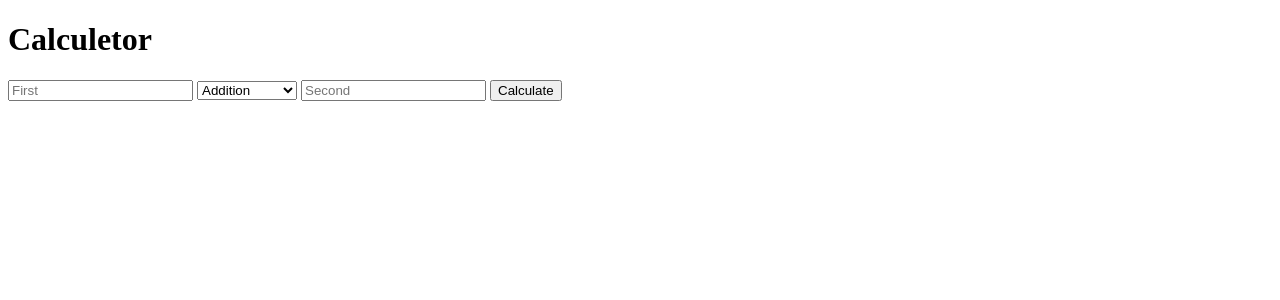
Repository: Arnab532/Calculator
Page: http://localhost/
The author's editor kept a copy of each file at every save. The page is drawn from the files as they stood at one save, then again after the next save.
The browser window is 1280 px wide. The pictures show the whole page.
The page is run by PHP 8.4 with error messages shown; the project is at /var/www/html/.

Above is the page before, as saved 2021-06-02 13:23:55.

### index.php
<?php

 include 'includes/class-autoload.inc.php';
?>

<!DOCTYPE html>
<html lang="en">
<head>
    <meta charset="UTF-8">
    <meta http-equiv="X-UA-Compatible" content="IE=edge">
    <meta name="viewport" content="width=device-width, initial-scale=1.0">
    <title>Calculetor</title>
</head>
<body>
    <form action="includes/calc.inc.php" method = "post"">
        <h1>Calculetor</h1>
        <input type="number" name="number1" placeholder="First">
        <select name="operator">
            <option value="add">Addition</option>
            <option value="sub">Substraction</option>
            <option value="div">Division</option>
            <option value="mul">Multiplication</option>
        </select>
        <input type="number" name="number2" placeholder="Second">
        <button type="submit" name="submit">Calculate</button>
    </form>
</body>
</html>

### Includes/class-autoload.inc.php
<?php

spl_autoload_register('myAutoLoader');

function myAutoLoader($className){
    $url= $_SERVER['HTTP_HOST'].$_SERVER['REQUEST_URI'];

    if(strpos($url, 'includes')!==false){
        $path = '../classes/';
    }
    else{
        $path = 'classes/';
    }
    $extension = '.class.php';
    require_once $path.$className.$extension;
}

After the next save:
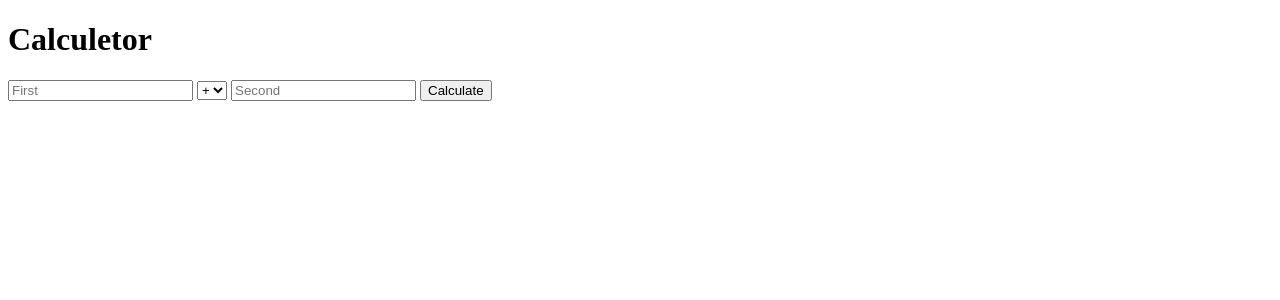
Saved 10 min 34 s later.
--- a/index.php
+++ b/index.php
@@ -16,10 +16,10 @@
         <h1>Calculetor</h1>
         <input type="number" name="number1" placeholder="First">
         <select name="operator">
-            <option value="add">Addition</option>
-            <option value="sub">Substraction</option>
-            <option value="div">Division</option>
-            <option value="mul">Multiplication</option>
+            <option value="add">+</option>
+            <option value="sub">-</option>
+            <option value="div">/</option>
+            <option value="mul">*</option>
         </select>
         <input type="number" name="number2" placeholder="Second">
         <button type="submit" name="submit">Calculate</button>
